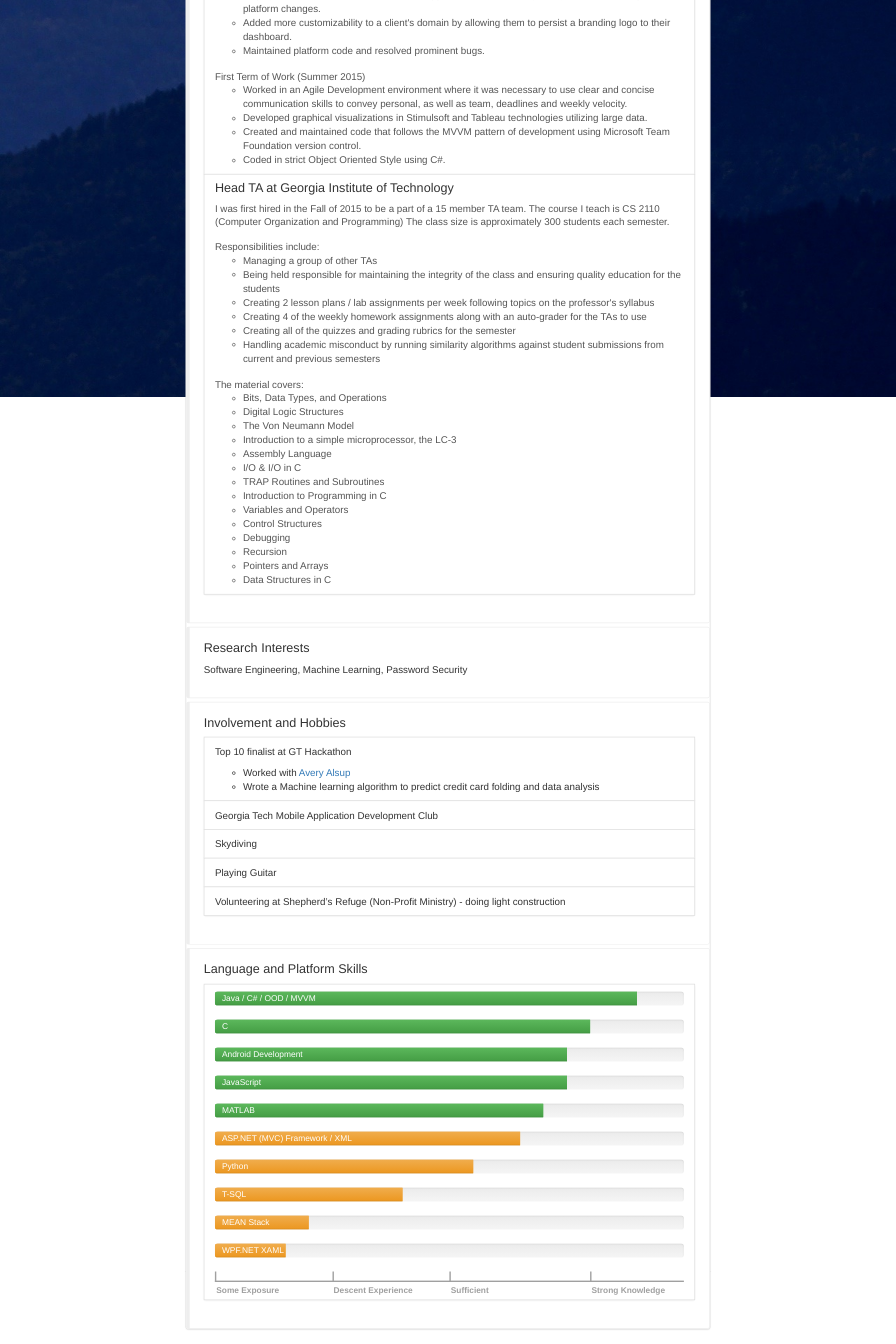
Repository: austinHerring/PersonalWebsite
Page: PersonalWebsite/WebContent/about.html
The author's editor kept a copy of each file at every save. The page is drawn from the files as they stood at one save, then again after the next save.
The browser window is 1280 px wide. The pictures show the part of the page from y = 1088 to 3008 px (the page is 3008 px tall before and 2967 px after), at 70% of full size.
Some web libraries are served in a nearby version.

Above is the page before, as saved 2016-06-13 03:18:09.

### PersonalWebsite/WebContent/about.html
<html>
<head>
	<meta charset="utf-8"/>
	<title>About - Austin</title>
	<link rel="stylesheet" href="css/bootstrap.min.css">
	<link rel="stylesheet" href="css/bootstrap-theme.min.css">
	<link rel="stylesheet" href="css/about.css">
	<link rel="stylesheet" href="css/general.css">
</head>
<body>
	<div class="container" id="page-wrap">
		<div class="resume">
	    <header class="page-header">
		    <table class="table-header">
		    	<tr>
		    		<td>
			    		<a class="button button1" href="index.html" role="button">Home</a>
		    		</td>
		    		<td style="text-align: center;">
			    		<h1 class="page-title">About Austin Herring</h1>
			    		<small> <i class="fa fa-clock-o"></i> Last Updated on: <time>Sunday, June 12, 2016</time></small>
		    		</td>
		    		<td>
						<a class="button button1" href="projects.html" role="button">Projects</a>
		    		</td>
		    	</tr>
		    </table>
		</header>
		<div class="row">
		  <div class="col-xs-12 col-sm-12 col-md-offset-1 col-md-10 col-lg-offset-2 col-lg-8">
		    <div class="panel panel-default">
		      <div class="panel-heading resume-heading">
		        <div class="row">
		          <div class="col-lg-12">
		            <div class="col-xs-12 col-sm-4">
		              <figure>
		                <img class="img-circle img-responsive" alt="Picture of Austin" src="images/austinEurope1.png">
		              </figure>
		                <div class="col-xs-12 social-btns">
		                    <div class="col-xs-3 col-md-1 col-lg-6 social-btn-holder">
		                      <a href="https://www.linkedin.com/in/austin-herring-810350a3?trk=nav_responsive_tab_profile" class="btn btn-social btn-block btn-linkedin">
		                        <i class="fa fa-linkedin"></i> </a>
		                    </div>
		                    <div class="col-xs-3 col-md-1 col-lg-6 social-btn-holder">
		                      <a href="https://github.com/austinHerring" class="btn btn-social btn-block btn-github">
		                        <i class="fa fa-github"></i> </a>
		                    </div>
		                </div>
		            </div>

		            <div class="col-xs-12 col-sm-8">
		              <ul class="list-group">
		                <li class="list-group-item">Austin Herring</li>
		                <li class="list-group-item">Under Graduate Student of Computer Science</li>
		                <li class="list-group-item">Georgia Institute of Technology</li>
		                <li class="list-group-item"><i class="fa fa-phone"></i> 404-368-9110 </li>
		                <li class="list-group-item"><i class="fa fa-envelope"></i> austinherring95@gmail.com</li>
		                <li class="list-group-item">337353 Georgia Tech Station Atlanta, GA 30332</li>
		                <li class="list-group-item">U.S. Citizen</li>
		              </ul>
		            </div>
		          </div>
		        </div>
		      </div>
		      <div class="bs-callout">
		        <h4>Summary</h4>
		        <p>
		        	Some stuff about me
		        </p>
		        <p>
		         	More stuff about me
		        </p>
		      </div>
		      <div class="bs-callout">
		        <h4>Education</h4>
		        <table class="table table-striped table-responsive ">
		          <thead>
		            <tr><th>Degree</th>
		            <th>Graduation</th>
		            <th>GPA</th>
		          </tr></thead>
		          <tbody>
		            <tr>
		              <td>Candidate for B.S. in Computer Science (Intelligence / Systems and Architecture)</td>
		              <td>December 2017</td>
		              <td>3.82</td>
		            </tr>
		          </tbody>
		        </table>
		      </div>

		      <div class="bs-callout">
		        <h4>Prior Experiences</h4>
		        <ul class="list-group">
		          <a class="list-group-item active-link" href="https://www.kahua.com/">
		            <h4 class="list-group-item-heading">
		              Software Engineer at Kahua Inc.
		            </h4>
		            <p class="list-group-item-text">
			             Second Term of Work (Spring 2016)
		             </p>
		             <ul>
		                <li>
		                     Implemented the first phase of an automated platform license renewal system where as before, the secretary did this through Microsoft excel and email. This involved modifying the SQL Server Database Structure and platform architecture. The Backend UI was also improved with Javascript to make it dramatically more efficient to perform various tasks.
		                </li>
		                <li>
				             Used the ASP.NET MVC framework to modernize the platform launch page.
		                </li>
		                <li>
				             Worked with some of Kahua's various clients, including CB Richard Ellis and Clark Construction, to develop custom applications for the platform. These apps revolved around cost management and employee mileage reimbursement. These apps were created mainly thought XML, Javascript and C# platform changes.
		                </li>
		                <li>
				             Added more customizability to a client's domain by allowing them to persist a branding logo to their dashboard.
		                </li>
		                <li>
				             Maintained platform code and resolved prominent bugs.
		                </li>
	                </ul>
	                <p class="list-group-item-text">
			             <br/>First Term of Work (Summer 2015)
		             </p>
		             <ul>
		                <li>
		                     Worked in an Agile Development environment where it was necessary to use clear and concise communication skills to convey personal, as well as team, deadlines and weekly velocity.
		                </li>
		                <li>
				             Developed graphical visualizations in Stimulsoft and Tableau technologies utilizing large data.
		                </li>
		                <li>
				             Created and maintained code that follows the MVVM pattern of development using Microsoft Team Foundation version control.
		                </li>
		                <li>
				             Coded in strict Object Oriented Style using C#.
		                </li>
	                </ul>
		          </a>
		          <a class="list-group-item inactive-link" href="#">
		            <h4 class="list-group-item-heading">Head TA at Georgia Institute of Technology</h4>
		            <p class="list-group-item-text">
			             	I was first hired in the Fall of 2015 to be a part of a 15 member TA team. The course I teach is CS 2110 (Computer Organization and Programming)
			             The class size is approximately 300 students each semester.
		             </p>
		             <p class="list-group-item-text"><br/>Responsibilities include:</p>
		             <ul>
		                <li>
		                     Managing a group of other TAs
		                </li>
		                <li>
				             Being held responsible for maintaining the integrity of the class and ensuring quality education for the students
		                </li>
		                <li>
				             Creating 2 lesson plans / lab assignments per week following topics on the professor's syllabus
		                </li>
		                <li>
				             Creating 4 of the weekly homework assignments along with an auto-grader for the TAs to use
		                </li>
		                <li>
				             Creating all of the quizzes and grading rubrics for the semester
		                </li>
		                <li>
				             Handling academic misconduct by running similarity algorithms against student submissions from current and previous semesters
		                </li>
	                </ul>
	                <p class="list-group-item-text"><br/>The material covers:</p>
	                <ul>
	                	<li>
	                		Bits, Data Types, and Operations
	                	</li>
	                	<li>
	                		Digital Logic Structures
	                	</li>
	                	<li>
	                		The Von Neumann Model
	                	</li>
	                	<li>
	                		Introduction to a simple microprocessor, the LC-3
	                	</li>
	                	<li>
	                		Assembly Language
	                	</li>
	                	<li>
	                		I/O & I/O in C
	                	</li>
	                	<li>
	                		TRAP Routines and Subroutines
	                	</li>
	                	<li>
	                		Introduction to Programming in C
	                	</li>
	                	<li>
	                		Variables and Operators
	                	</li>
	                	<li>
	                		Control Structures
	                	</li>
	                	<li>
	                		Debugging
	                	</li>
	                	<li>
	                		Recursion
	                	</li>
	                	<li>
	                		Pointers and Arrays
	                	</li>
	                	<li>
	                		Data Structures in C
	                	</li>
	                </ul>
		          </a>
		        </ul>
		      </div>

		      <div class="bs-callout">
		        <h4>Research Interests</h4>
		        <p>
		          Software Engineering, Machine Learning, Password Security
		        </p>
		      </div>

		      <div class="bs-callout">
		        <h4>Involvement and Hobbies</h4>
		        <ul class="list-group">
		          <li class="list-group-item">
		          	<p>Top 10 finalist at GT Hackathon</p>
		          	<ul>
		          		<li>Worked with <a href="https://www.linkedin.com/in/terrence-alsup-8bb8508a?authType=name&authToken=7kiY&trk=contacts-contacts-list-contact_name-0">Avery Alsup</a></li>
		          		<li>Wrote a Machine learning algorithm to predict credit card folding and data analysis</li>
		          	</ul>
		          </li>
		          <li class="list-group-item"> Georgia Tech Mobile Application Development Club</li>
		          <li class="list-group-item"> Skydiving</li>
		          <li class="list-group-item"> Playing Guitar</li>
		          <li class="list-group-item"> Volunteering at Shepherd’s Refuge (Non-Profit Ministry) - doing light construction</li>
		        </ul>
		      </div>
		      <div class="bs-callout">
		        <h4>Language and Platform Skills</h4>
		        <ul class="list-group">
		          <a class="list-group-item inactive-link" href="#">
		            <div class="progress">
		              <div data-placement="top" style="width: 90%;"
		              aria-valuemax="100" aria-valuemin="0" aria-valuenow="80" role="progressbar" class="progress-bar progress-bar-success">
		                <span class="sr-only">80%</span>
		                <span class="progress-type">Java / C# / OOD / MVVM</span>
		              </div>
		            </div>
		            <div class="progress">
		              <div data-placement="top" style="width: 80%;" aria-valuemax="100" aria-valuemin="0" aria-valuenow="60" role="progressbar" class="progress-bar progress-bar-success">
		                <span class="sr-only">60%</span>
		                <span class="progress-type">C</span>
		              </div>
		            </div>
		            <div class="progress">
		              <div data-placement="top" style="width: 75%;" aria-valuemax="100" aria-valuemin="0" aria-valuenow="60" role="progressbar" class="progress-bar progress-bar-success">
		                <span class="sr-only">60%</span>
		                <span class="progress-type">Android Development</span>
		              </div>
		            </div>
		            <div class="progress">
		              <div data-placement="top" style="width: 75%;" aria-valuemax="100" aria-valuemin="0" aria-valuenow="1" role="progressbar" class="progress-bar progress-bar-success">
		                <span class="sr-only">70%</span>
		                <span class="progress-type">JavaScript</span>
		              </div>
		            </div>
		            <div class="progress">
		              <div data-placement="top" style="width: 70%;" aria-valuemax="100" aria-valuemin="0" aria-valuenow="60" role="progressbar" class="progress-bar progress-bar-success">
		                <span class="sr-only">60%</span>
		                <span class="progress-type">MATLAB</span>
		              </div>
		            </div>
		            <div class="progress">
		              <div data-placement="top" style="width: 65%;" aria-valuemax="100" aria-valuemin="0" aria-valuenow="50" role="progressbar" class="progress-bar progress-bar-warning">
		                <span class="sr-only">50%</span>
		                <span class="progress-type">ASP.NET (MVC) Framework / XML</span>
		              </div>
		            </div>
		            <div class="progress">
		              <div data-placement="top" style="width: 55%;" aria-valuemax="100" aria-valuemin="0" aria-valuenow="1" role="progressbar" class="progress-bar progress-bar-warning">
		                <span class="sr-only">65%</span>
		                <span class="progress-type">Python</span>
		              </div>
		            </div>
		            <div class="progress">
		              <div data-placement="top" style="width: 40%;" aria-valuemax="100" aria-valuemin="0" aria-valuenow="1" role="progressbar" class="progress-bar progress-bar-warning">
		                <span class="sr-only">70%</span>
		                <span class="progress-type">T-SQL</span>
		              </div>
		            </div>
		            <div class="progress">
		              <div data-placement="top" style="width: 20%;" aria-valuemax="100" aria-valuemin="0" aria-valuenow="1" role="progressbar" class="progress-bar progress-bar-warning">
		                <span class="sr-only">70%</span>
		                <span class="progress-type">MEAN Stack </span>
		              </div>
		            </div>
		            <div class="progress">
		              <div data-placement="top" style="width: 15%;" aria-valuemax="100" aria-valuemin="0" aria-valuenow="50" role="progressbar" class="progress-bar progress-bar-warning">
		                <span class="sr-only">10%</span>
		                <span class="progress-type">WPF.NET XAML</span>
		              </div>
		            </div>

		            <div class="progress-meter">
		              <div style="width: 25%;" class="meter meter-left"><span class="meter-text">Some Exposure</span></div>
		              <div style="width: 25%;" class="meter meter-left"><span class="meter-text">Descent Experience</span></div>
		              <div style="width: 30%;" class="meter meter-left"><span class="meter-text">Sufficient</span></div>
		              <div style="width: 20%;" class="meter meter-left"><span class="meter-text">Strong Knowledge</span></div>
		            </div>
		          </a>
		        </ul>
		      </div>
		    </div>

		  </div>
		</div>

		</div>
	</div>

	<div id="bg">
		<img src="images/background.jpg" alt="">
	</div>

	<script src="js/jquery.min.js"></script>
	<script src="js/bootstrap.min.js"></script>
</body>
</html>

### PersonalWebsite/WebContent/css/about.css
/* uses font awesome for social icons */
@import url(http://maxcdn.bootstrapcdn.com/font-awesome/4.2.0/css/font-awesome.min.css);

/*social buttons*/
.btn-social{
  color: white;
  opacity:0.9;
}
.btn-social:hover {
  color: white;
    opacity:1;
}
.btn-facebook {
background-color: #3b5998;
opacity:0.9;
}
.btn-twitter {
background-color: #00aced;
opacity:0.9;
}
.btn-linkedin {
background-color:#0e76a8;
opacity:0.9;
}
.btn-github{
  background-color:#000000;
  opacity:0.9;
}
.btn-google {
  background-color: #c32f10;
  opacity: 0.9;
}
.btn-stackoverflow{
  background-color: #D38B28;
  opacity: 0.9;
}

/* resume stuff */

.bs-callout {
    -moz-border-bottom-colors: none;
    -moz-border-left-colors: none;
    -moz-border-right-colors: none;
    -moz-border-top-colors: none;
    border-color: #eee;
    border-image: none;
    border-radius: 3px;
    border-style: solid;
    border-width: 1px 1px 1px 5px;
    margin-bottom: 5px;
    padding: 20px;
}
.bs-callout:last-child {
    margin-bottom: 0px;
}
.bs-callout h4 {
    margin-bottom: 10px;
    margin-top: 0;
}

.bs-callout-danger {
    border-left-color: #d9534f;
}

.bs-callout-danger h4{
    color: #d9534f;
}

.resume .list-group-item:first-child, .resume .list-group-item:last-child{
  border-radius:0;
}

/*makes an anchor inactive(not clickable)*/
.inactive-link {
   pointer-events: none;
   cursor: default;
}

.resume-heading .social-btns{
  margin-top:15px;
}
.resume-heading .social-btns i.fa{
  margin-left:-5px;
}



@media (max-width: 992px) {
  .resume-heading .social-btn-holder{
    padding:5px;
  }
}

/* skill meter in resume. copy pasted from http://bootsnipp.com/snippets/featured/progress-bar-meter */

.progress-bar {
    text-align: left;
	white-space: nowrap;
	white-space: nowrap;
	overflow: hidden;
	text-overflow: ellipsis;
	cursor: pointer;
}

.progress-bar > .progress-type {
	padding-left: 10px;
}

.progress-meter {
	min-height: 15px;
	border-bottom: 2px solid rgb(160, 160, 160);
  margin-bottom: 15px;
}

.progress-meter > .meter {
	position: relative;
	float: left;
	min-height: 15px;
	border-width: 0px;
	border-style: solid;
	border-color: rgb(160, 160, 160);
}

.progress-meter > .meter-left {
	border-left-width: 2px;
}

.progress-meter > .meter-right {
	float: right;
	border-right-width: 2px;
}

.progress-meter > .meter-right:last-child {
	border-left-width: 2px;
}

.progress-meter > .meter > .meter-text {
	position: absolute;
	display: inline-block;
	bottom: -20px;
	width: 100%;
	font-weight: 700;
	font-size: 0.85em;
	color: rgb(160, 160, 160);
	text-align: left;
}

.progress-meter > .meter.meter-right > .meter-text {
	text-align: right;
}

### PersonalWebsite/WebContent/css/general.css
@CHARSET "UTF-8";
.button {
    background-color: #3fbfad;
    border: none;
    color: white;
    padding: 8px 8px;
    text-align: center;
    text-decoration: none;
    display: inline-block;
    font-size: 16px;
    margin: 4px 2px;
    -webkit-transition-duration: 0.4s; /* Safari */
    transition-duration: 0.4s;
    cursor: pointer;
    border-radius: 8px;
}

.button1 {
    background-color: #3fbfad;
    color: white;
    border: 3px solid #3fbfad;
}

.button1:hover {
    background:rgba(0,0,0,0);
    color: white;
    text-decoration: none;
    border: 3px solid white;
}

.page-header{
  text-align: center;
  color: white;
}

.table-header{
  text-align: center;
  color: white;
  width:100%;
}

#bg {
	position:fixed;
	top:-50%;
	left:-50%;
	width:100%;
	height:80%;
}

#bg img {
	position:absolute;
	top:0;
	left:0;
	right:0;
	bottom:0;
	margin:auto;
	min-width:50%;
	min-height:50%;
}

#page-wrap { position: relative; z-index: 2}

Loaded but not shown: PersonalWebsite/WebContent/css/bootstrap.min.css (library); PersonalWebsite/WebContent/css/bootstrap-theme.min.css (library); PersonalWebsite/WebContent/js/jquery.min.js (library); PersonalWebsite/WebContent/js/bootstrap.min.js (library)

After the next save:
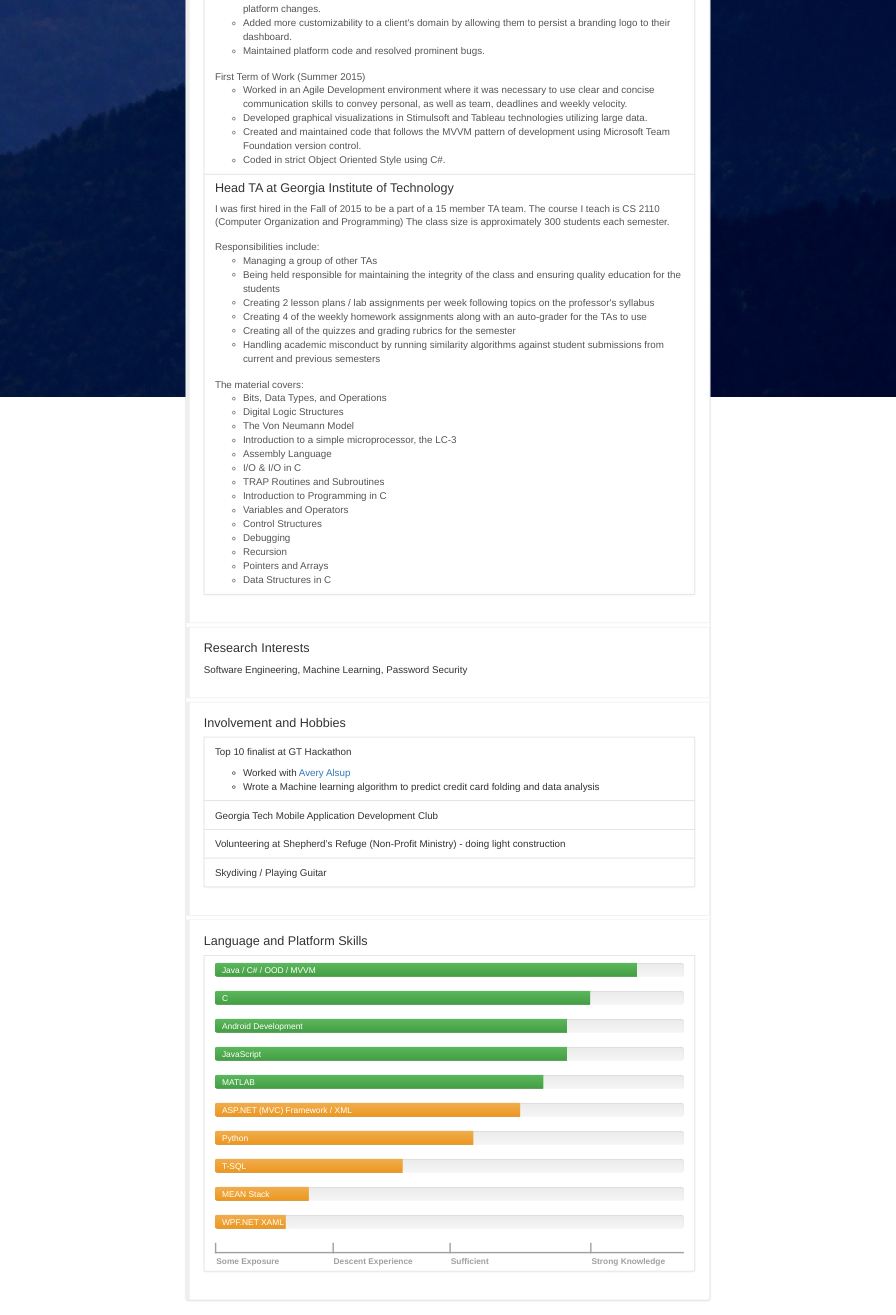
Saved 39 s later.
--- a/PersonalWebsite/WebContent/about.html
+++ b/PersonalWebsite/WebContent/about.html
@@ -228,9 +228,8 @@
 		          	</ul>
 		          </li>
 		          <li class="list-group-item"> Georgia Tech Mobile Application Development Club</li>
-		          <li class="list-group-item"> Skydiving</li>
-		          <li class="list-group-item"> Playing Guitar</li>
 		          <li class="list-group-item"> Volunteering at Shepherd’s Refuge (Non-Profit Ministry) - doing light construction</li>
+		          <li class="list-group-item"> Skydiving / Playing Guitar</li>
 		        </ul>
 		      </div>
 		      <div class="bs-callout">
